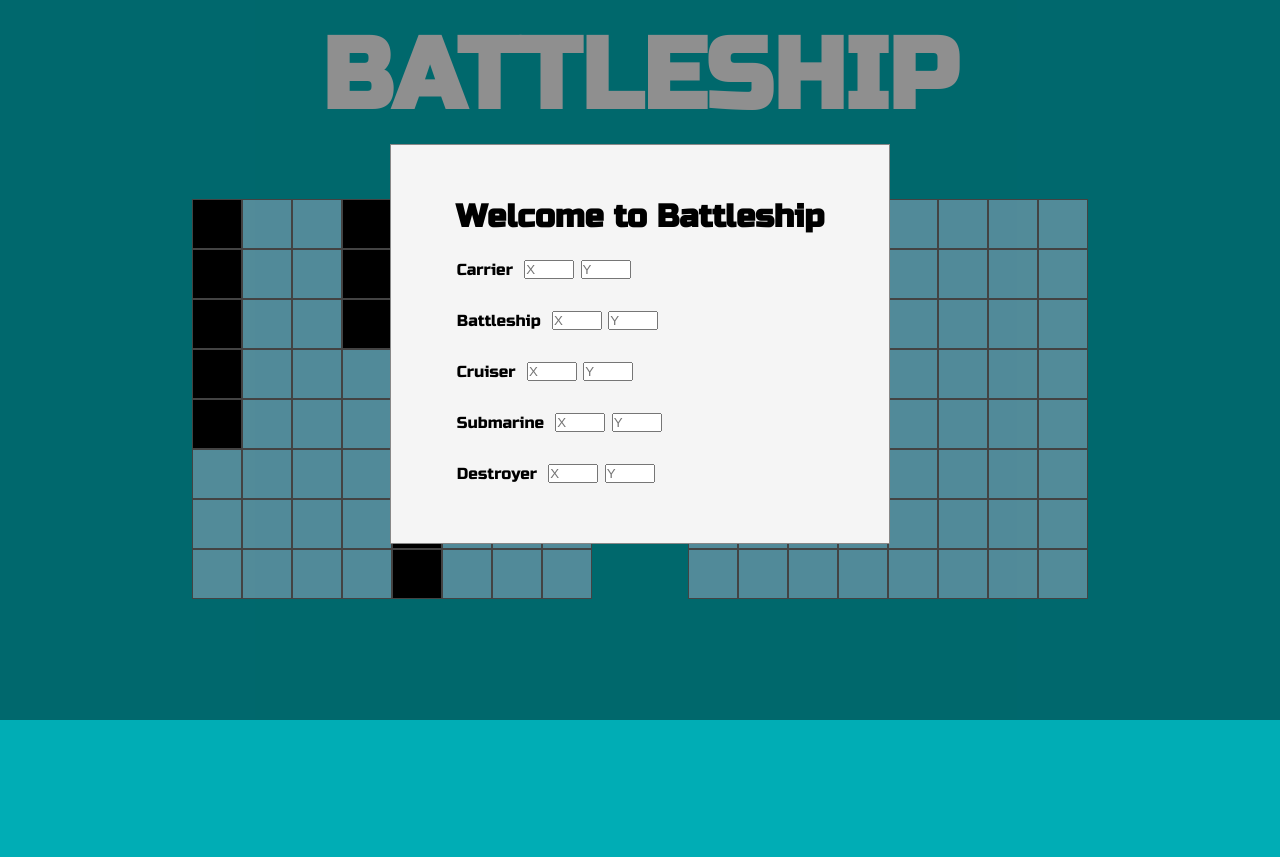
Repository: AzharMoosa/battleship
Page: /
The author's editor kept a copy of each file at every save. The page is drawn from the files as they stood at one save, then again after the next save.
The browser window is 1280 px wide. The pictures show the whole page.
The project was rebuilt for these pictures with package versions that can differ from the ones it lists, and the page was loaded fresh each time.

Above is the page before, as saved 2020-07-09 10:17:24.

After the next save:
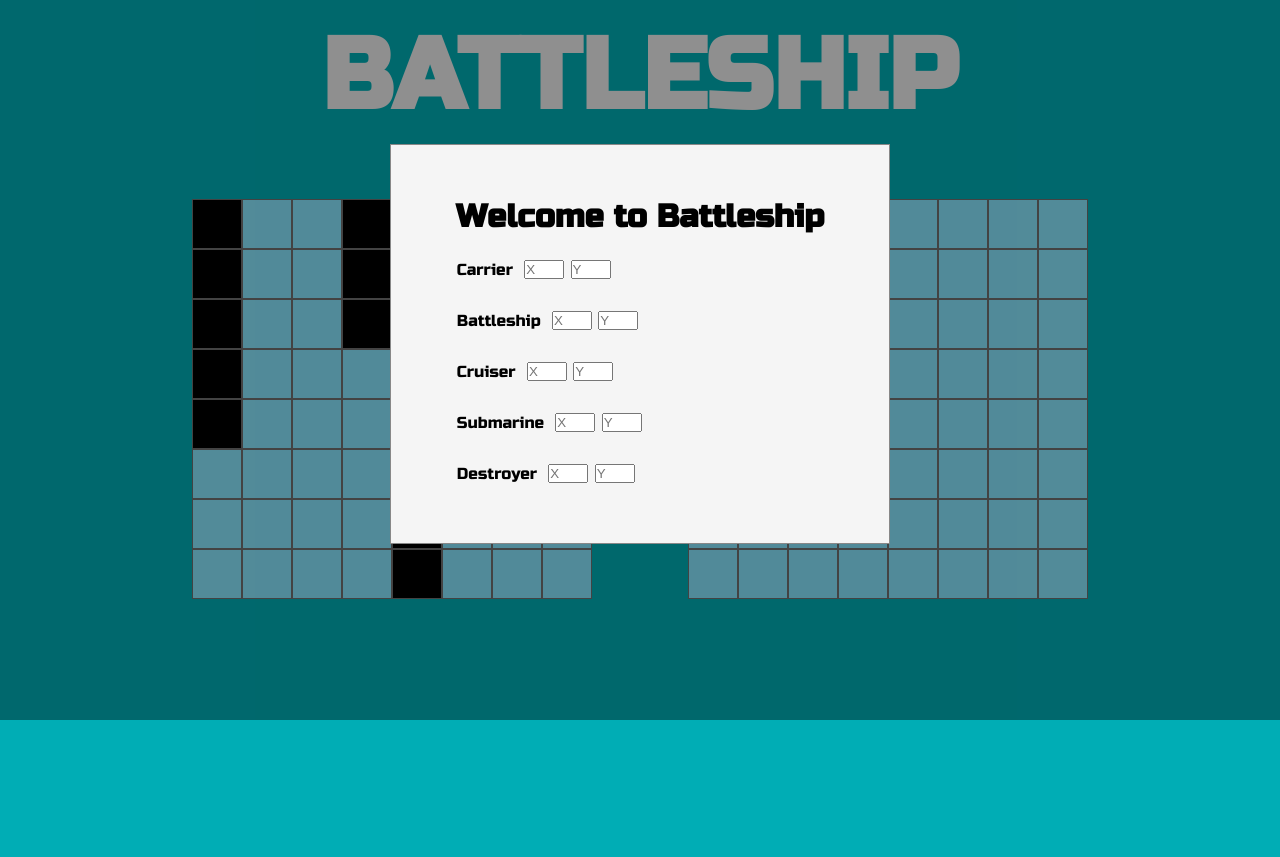
Saved 16 s later.
--- a/src/App.css
+++ b/src/App.css
@@ -133,7 +133,7 @@ body {
 
 .coord-input {
   margin: 0.5rem 0.2rem;
-  width: 50px;
+  width: 40px;
 }
 
 .modal {
